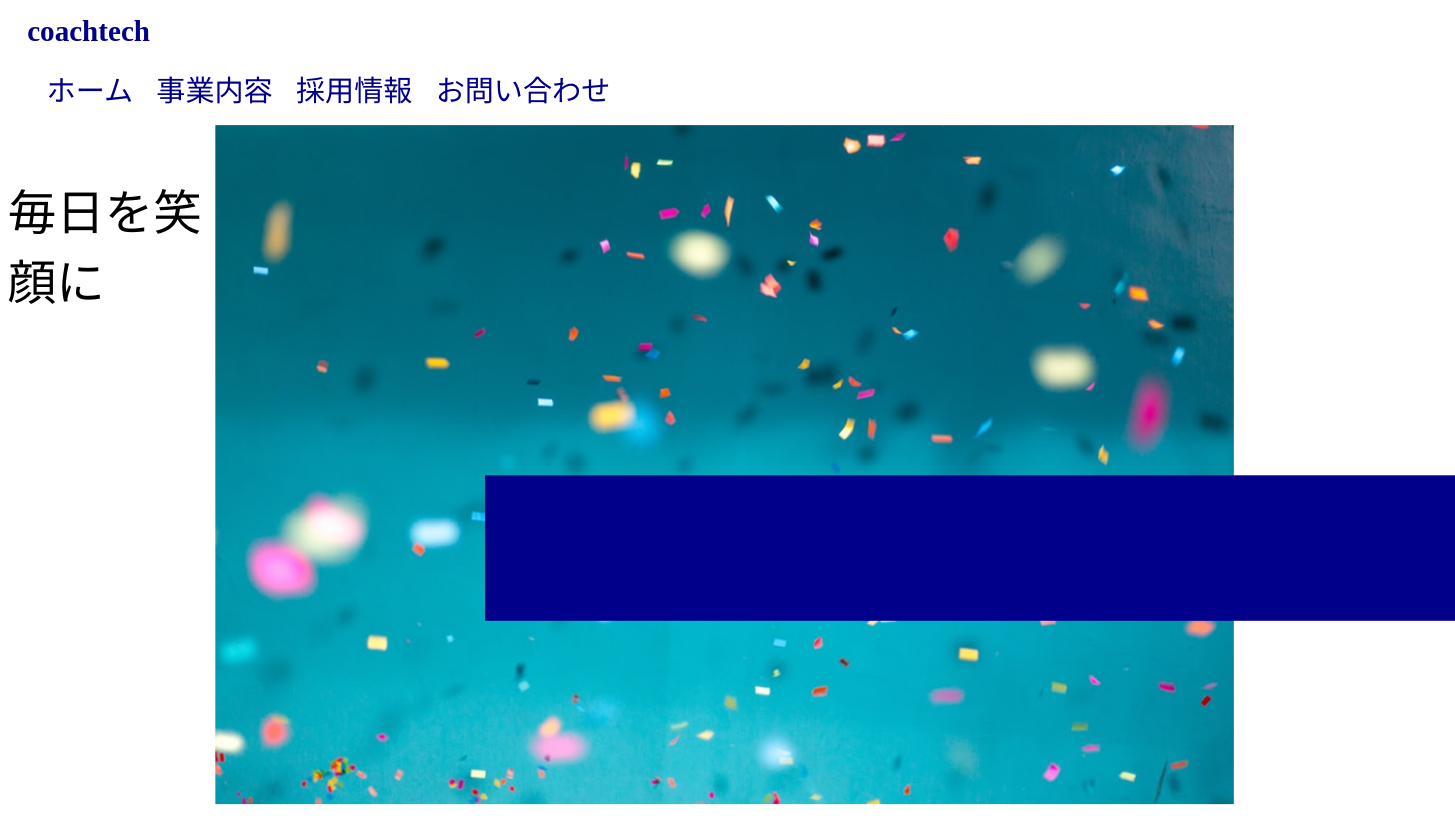
Repository: moro-ayu3/20230213_morohoshi
Page: index.html
An editor plug-in stored every save of this project. The page is shown before and after a run of saves, followed by the edit.
The browser window is 1280 px wide. The page is 1500 px wide, so the pictures cover 1500 px, including what lies to the right of the window. The pictures show the whole page, at 97% of full size.

Above is the page before, as saved 2023-02-13 14:31:41.

### index.html
<!DOCTYPE html>
<html lang="ja">

  <head>
    <meta charset="UTF-8" />
    <meta name="viewport" content="width=device-width, initial-scale=1.0" />
    <title>css演習問題</title>
    <link rel="stylesheet" href="./style.css">
  </head>

  <body>
   <header>
    <h1>coachtech</h1>
    <ul>
    <li>ホーム</li>
    <li>事業内容</li>
    <li>採用情報</li>
    <li>お問い合わせ</li>
   </ul>
   </header>
   <main>
    <div class="flex">
     <p>毎日を笑顔に</p>
     <div class="relative img">
      <img src="img/firstview.jpeg" alt="firstview">
     </div>
     <div class="absolute blue-box"></div>
    </div>
   </main>
  </body>

</html>

### style.css
h1 {
  color: #00008b;
  font-size: 30px;
  margin-top: 15px;
  margin-left: 20px;
}

li {
  color: #00008b;
  font-size: 30px;
  margin-top: 15px;
  margin-right: 20px;
  text-align: right;
  display: inline;
}

.flex {
  display: flex;
  flex-direction: row;
}

p {
  color: black;
  font-size: 50px;
}

.absolute {
  position: absolute;
  bottom: 80px;
  left: 500px;
}

.img {
  width: 100%;
  position: right;
}

.relative {
  position: ;
  bottom: 15px;
  right: 150px;
}

.blue-box {
  width: 1000px;
  height: 150px;
  background-color: #00008b;
}

After the next 2 saves:
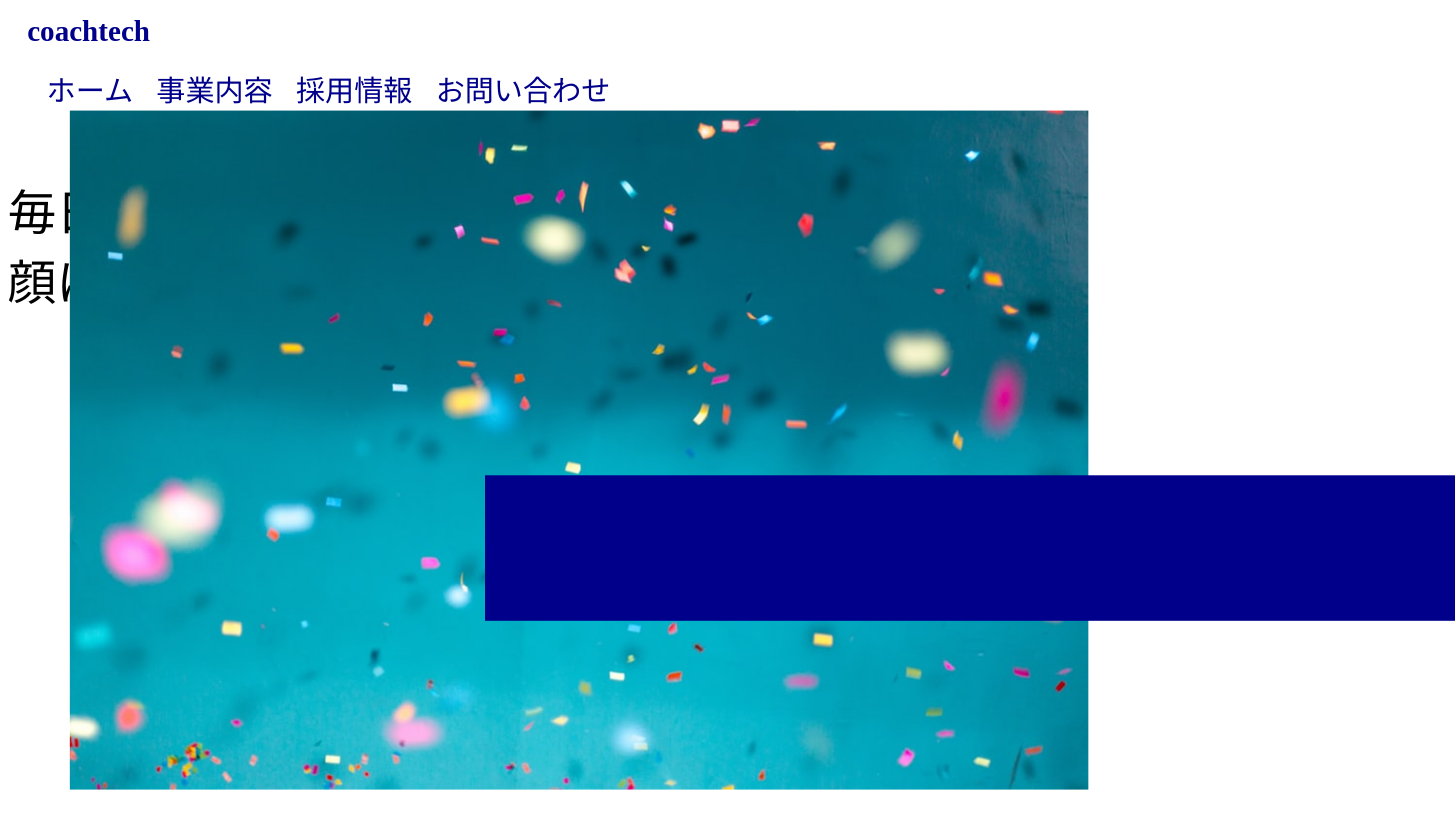
The 2 saves are shown as one change because they came seconds apart.
The last was saved 5 s later.
--- a/style.css
+++ b/style.css
@@ -36,7 +36,7 @@ p {
 }
 
 .relative {
-  position: ;
+  position: relative;
   bottom: 15px;
   right: 150px;
 }
